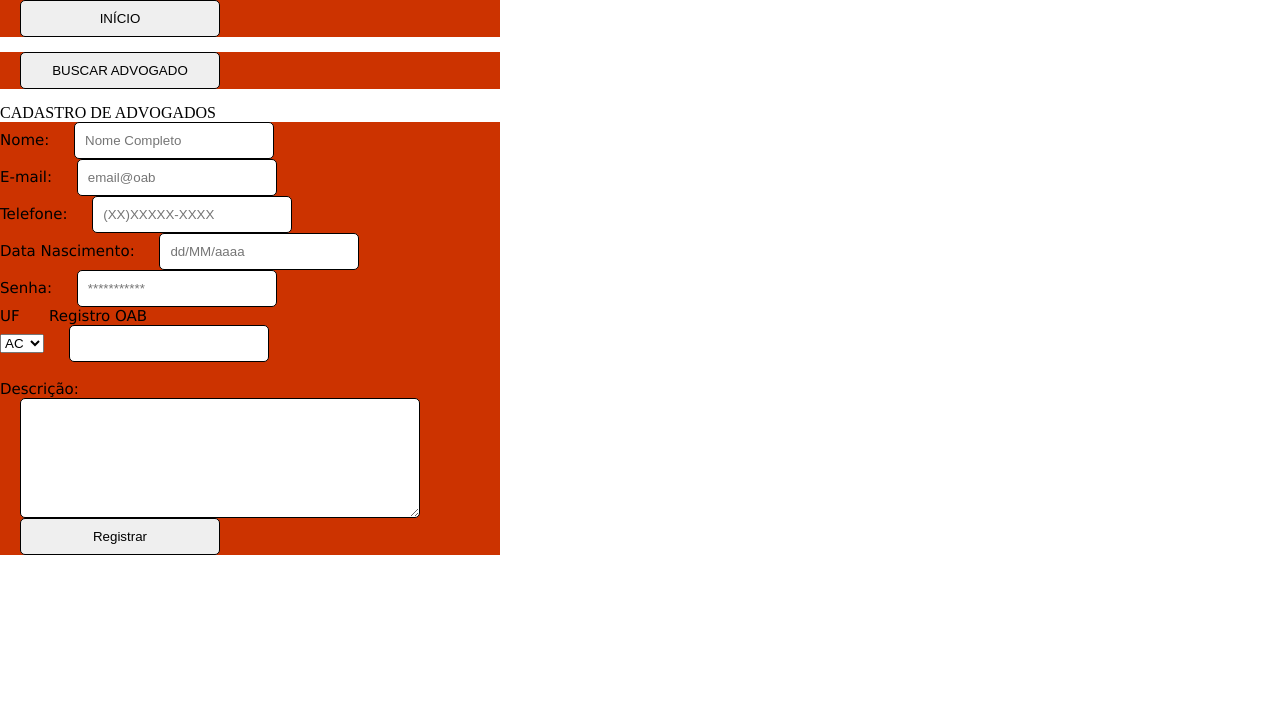
Repository: Natan16/CRUDJUSTTO
Page: http://localhost/CRUDJUSTTOWEB/adiciona-advogado.jsp
An editor plug-in stored every save of this project. The page is shown before and after the next save, followed by the edit.
The browser window is 1280 px wide. The pictures show the whole page.
The page is served by Tomcat 9.

Above is the page before, as saved 2019-09-01 02:51:08.

After the next save:
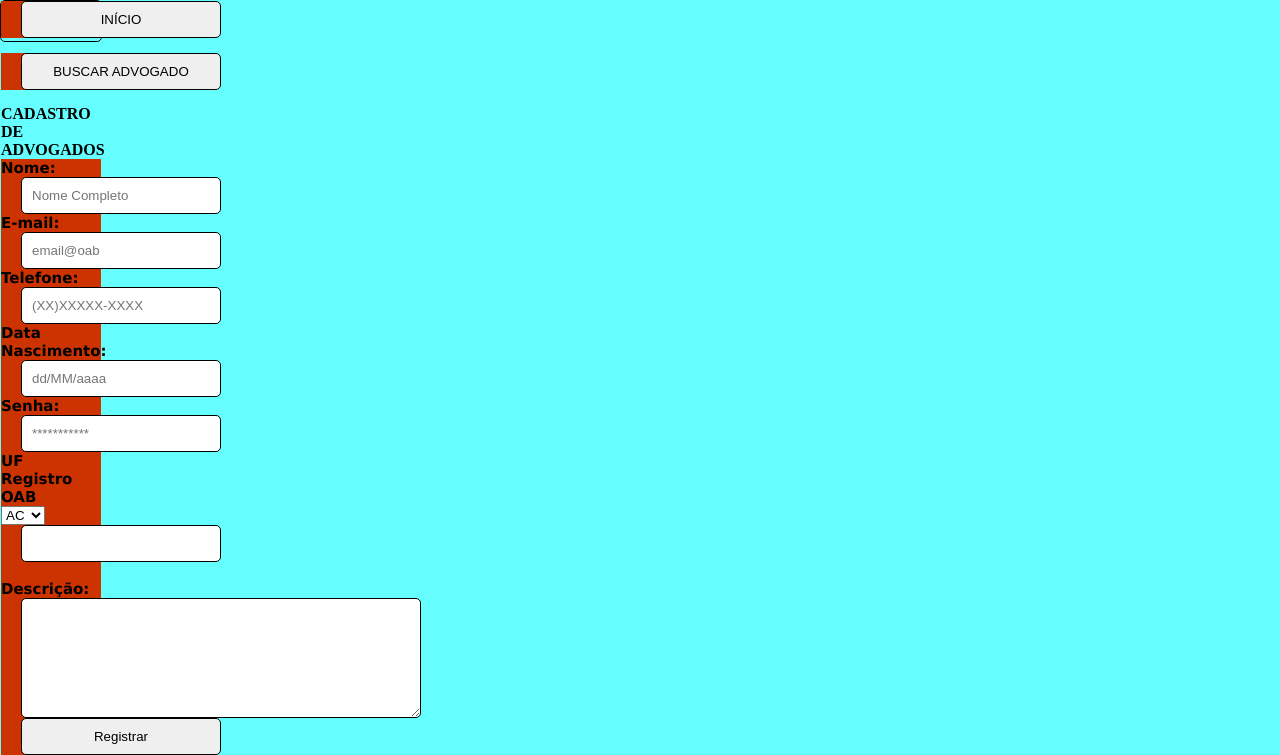
Saved 62 s later.
--- a/CRUDJUSTTOWEB/WebContent/Estilo.css
+++ b/CRUDJUSTTOWEB/WebContent/Estilo.css
@@ -35,7 +35,7 @@ input:hover, textarea:hover, input:focus, textarea:focus {
     font-weight: bold;
 }
 
-.submit input {
+.submit input , body{
     background-color: #66FFFF;
     height: 40px;
     width: 100px;
